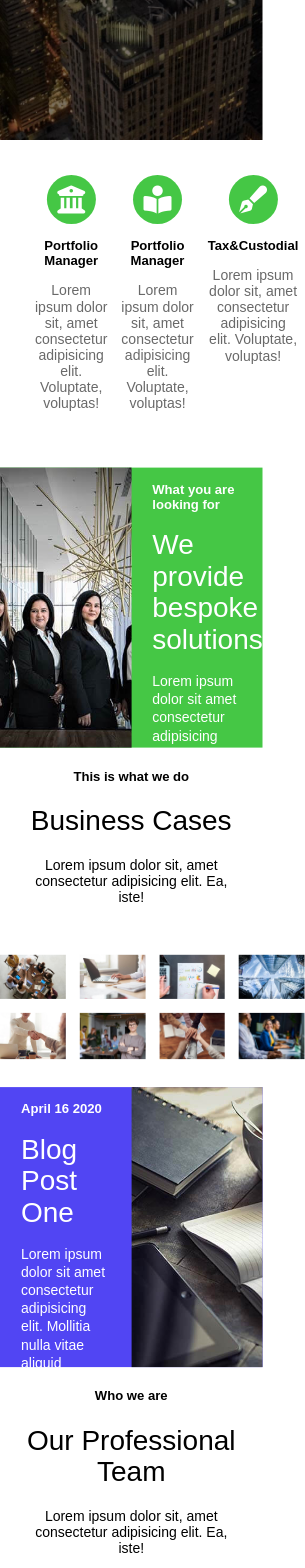
Repository: reemoon-ctrl/swiftdisk-Website-Flexbox
Page: index.html
The author's editor kept a copy of each file at every save. The page is drawn from the files as they stood at one save, then again after a run of saves.
The browser window is 375 px wide. The page is 435 px wide, so the pictures cover 435 px, including what lies to the right of the window. The pictures show the part of the page from y = 600 to 2840 px (the page is 3551 px tall before and 3916 px after), at 70% of full size.
Some web fonts or font styles are not loaded; a fallback is used.

Above is the page before, as saved 2024-07-28 10:04:25.

### index.html
<!DOCTYPE html>
<html lang="en">
<head>
    <meta charset="UTF-8">
    <meta name="viewport" content="width=device-width, initial-scale=1.0">
    <title>
        Swift Desk
    </title>
    <link rel="stylesheet" href="https://cdnjs.cloudflare.com/ajax/libs/pretendard-gov/1.3.9/variable/pretendardvariable-gov.css" integrity="sha512-8+hQBaMPOtCpDlrIo2m0mrtjxkbHDG7Qn6+ftvl8QmG21EGNQTP8Qi76h2VgHyol77soXLVZuuZDX953JC10hw==" crossorigin="anonymous" referrerpolicy="no-referrer" />
    <link rel="stylesheet" href="https://cdnjs.cloudflare.com/ajax/libs/font-awesome/6.0.0-beta3/css/all.min.css">

    <link rel="stylesheet" href="index.css">
    <link rel="stylesheet" href="media.css">
</head>
<body>
    <div class="show-case">
        <header>
            <div class="nav-bar">
                <div class="title-bar">
                    <i class="fas fa-desktop fa-2x" style="color: rgb(37, 187, 37)"></i>
                    <h1 class="title"><span class="fword"> Swift</span>Desk</h1>
                </div>
                <div class="link-bar">
                    <a href="index.html">Home</a>
                    <a href="#about">About</a>
                    <a href="#cases">Cases</a>
                    <a href="#blog">Blog</a>
                    <a href="#contact">Contact</a>
                </div>
            </div>
        </header>
        <header class="hd-content">
            <h1>The Sky Is The Limit</h1>
            <p>We provide world class financial assistance
            </p>
            <a href=""><i class="fas fa-chevron-right "></i> Read More</a>

        </header>

    </div>
    <main>
        <div class="about-section">
            <ul id="about"class="about-srvice" >
                <li><i class="fas fa-university " ></i>
                    <h3>Portfolio Manager</h3>
                    <p>Lorem ipsum dolor sit, amet consectetur
                         adipisicing elit. Voluptate, voluptas!</p>
                </li>
                <li><i class="fas fa-book-open-reader " ></i>
                    <h3>Portfolio Manager</h3>
                    <p>Lorem ipsum dolor sit, amet consectetur
                         adipisicing elit. Voluptate, voluptas!</p></li>
                <li><i class="fas fa-pen-fancy " ></i>
                    <h3>Tax&Custodial</h3>
                    <p>Lorem ipsum dolor sit, amet consectetur
                         adipisicing elit. Voluptate, voluptas!</p></li>
            </ul>
        </div>
        <div>
            <div class="solutions">
                <div class="img"></div>
                <div class="solution-content">
                    <h3>What you are looking for</h3>
                    <h2>We provide bespoke solutions</h2>
                    <p>Lorem ipsum dolor sit amet consectetur
                        adipisicing elit. Mollitia nulla vitae aliquid voluptates placeat! Rem voluptatibus odit error labore! Nostrum, fuga tenetur. Doloribus, voluptas! Sed
                        fugiat explicabo perspiciatis velit ad?</p>
                    <a href="index.html">Read More</a>
                 </div>
            </div>
        </div>
        <div class="Business-case" id="cases">
            <div class="Business-case-content">
                <h3>This is what we do</h3>
                <h2>Business Cases</h2>
                <p>Lorem ipsum dolor sit, amet consectetur
                     adipisicing elit. Ea, iste!</p>
            </div>
            <div class="BC-image">
                <img class="BCimg BCimg1" src="/img/cases/cases1.jpg" alt="">
                <img  class="BCimg BCimg2" src="/img/cases/cases2.jpg" alt="">
                <img class="BCimg BCimg3" src="/img/cases/cases3.jpg" alt="">
                <img class="BCimg BCimg4" src="/img/cases/cases4.jpg" alt="">
                <img class="BCimg BCimg5" src="/img/cases/cases5.jpg" alt="">
                <img class="BCimg BCimg6" src="/img/cases/cases6.jpg" alt="">
                <img class="BCimg BCimg7" src="/img/cases/cases7.jpg" alt="">
                <img class="BCimg BCimg8" src="/img/cases/cases8.jpg" alt="">
            </div>
        </div>

        <div>
            <div class="blog" id="blog">
                <div class="img"></div>
                <div class="blog-content">
                    <h3>April 16 2020</h3>
                    <h2>Blog Post One</h2>
                    <p>Lorem ipsum dolor sit amet consectetur
                        adipisicing elit. Mollitia nulla vitae aliquid voluptates placeat! Rem voluptatibus odit error labore! Nostrum, fuga tenetur. Doloribus, voluptas! Sed
                        fugiat explicabo perspiciatis velit ad?</p>
                    <a href="blog.html">Read Our Blog</a>
                 </div>
            </div>
        </div>
        <div class="Business-case">
            <div class="Business-case-content">
                <h3>Who we are</h3>
                <h2>Our Professional Team</h2>
                <p>Lorem ipsum dolor sit, amet consectetur
                     adipisicing elit. Ea, iste!</p>
            </div>
            <div class="our-team">
                <ul class="team-image">
                    <li><img  class="tmimg tm-img1" src="/img/team/person1.jpg" alt=""><h4>John Doe</h4><p>President</p></li>
                    <li><img  class="tmimg tm-img2" src="/img/team/person2.jpg" alt=""><h4>Jane Doe</h4><p>Vice President</p></li>
                    <li><img class="tmimg tm-img3" src="/img/team/person3.jpg" alt=""><h4>Steve Smith</h4><p>Marketing Head</p></li>
                </ul>
            </div>
        </div>
        <div>
            <div class="request" id="contact">
                <div class="img"></div>
                <div class="form-content">
                    <h2>Request Callback</h2>
                    <form class="requwst-form"action="">
                        <input type="text" name="name" id="name" placeholder="enter name">
                        <input type="email" name="Email" id="Email" placeholder="enter email">
                        <input type="tel" name="phone" id="phone" placeholder="enter  phone number">
                        <input type="submit" value="Send" id="submit">
                    </form>


                 </div>

            </div>
        </div>

    </main>
    <footer>
        <ul class="footer-icon">
            <li><a href=""><i class="fa-brands fa-facebook"></i></a></li>
            <li><a href=""><i class="fa-brands fa-twitter"></i></a></li>
            <li><a href=""><i class="fa-brands fa-linkedin"></i></a></li>
            <li><a href=""><i class="fa-brands fa-youtube"></i></a></li>
        </ul>
        <p>copyright &copy; 2020-SwiftDesk</p>
    </footer>



</body>
</html>

### index.css
@import url('https://fonts.googleapis.com/css2?family=Open+Sans:ital,wght@0,300..800;1,300..800&family=Poppins:ital,wght@0,100;0,200;0,300;0,400;0,500;0,600;0,700;0,800;0,900;1,100;1,200;1,300;1,400;1,500;1,600;1,700;1,800;1,900&display=swap');


*{
    box-sizing: border-box;
    margin: 0;
    padding: 0;
}

body{
    font-family: 'Open Sans ', sans-serif;
}
h1,h2{
    font-weight: 300;
}
.nav-bar{
    display: flex;
    justify-content:space-between ;
    padding: 20px 20px;
    color:#fff;
    background-color: #333333cd;
    position: fixed;
    top: 0px;
    height:70px;
    width:100vw;
}
.title-bar{
    align-items: center;
    flex-grow: 1;
    display: flex;
    gap:.5rem;


}
.title-bar h1{
    display:inline-block;
    font-size:2.5rem;
    font-weight: 400;
}

.link-bar{

    /* flex-grow:1 ; */
    align-self: center;
    display: flex;
}
.link-bar a{
    padding: 23.5px 20px;
    color:#fff;
    text-decoration: none;


}
.link-bar a:hover{
    border-bottom: 2px #25bb25 solid;
}
.fword{
    color:#25bb25;
}
.show-case{
   height:100vh;
   text-align: center;
   color:#fff;
   position: relative;
   background:  url('img/home/showcase.jpg') no-repeat center center/cover;
}
.show-case *{
    z-index: 10;
}
.show-case::before{
    content:'';
    position: absolute;
    background: hsla(0%, 0%, 0%, 0.5);
    left: 0;
    top:0;
    width: 100%;
    height:100%;
}
.hd-content{
    padding-top: 18rem;
}
.hd-content h1{
    font-size: 3rem;
}
.hd-content p{
    font-size: 1.5rem;
    padding-top: .8rem;
    padding-bottom: .8rem;
}
.hd-content a{
    color: #fff;
    background:#45c745 ;
    padding: 10px 30px;
    border-radius: 5px;
    text-decoration: none;
    text-align: center;
    display: inline-block;
}
.about-section ul{
    display: flex;
    list-style: none;
    gap: 20px;

}
.about-srvice{
    padding: 50px ;
}
.about-srvice li{
    text-align: center;
}
.about-srvice li i{
    background-color: rgb(69, 199, 69);
    color:#fff;
    width:70px;
    height: 70px;
    border-radius: 70px;
    font-size: 40px;
    padding-top:15px ;


}
.about-srvice li h3{
    padding-top: 20px;
}
.about-srvice li p{
    padding-top: 20px;
    padding-bottom: 30px;
    font-size: 20px;
    color: dimgrey;
}

.solutions{
    display:flex;
    background: #45c745;

}
.solutions .img{
    width:50%;
    background: url('/img/home/people.jpg') center center/cover no-repeat;

}
.solution-content{
    color:#fff;
    padding:20px 30px;
    height:25rem;
    width: 50%;
}
.solution-content h2{
    font-size: 40px;
    font-weight: 500;
    padding: 1.5rem 0px;
}
.solution-content p{
    font-size: 20px;
    line-height: 1.3;
    margin-bottom: 20px;
}
.solution-content a{
    padding: 10px 40px;
    border: 1px solid;
    color:#fff;
    text-decoration: none;
    border-radius: 5px;
    font-size: 18px;

}
.Business-case{
    width: 100vw;
}
.Business-case-content{
    text-align: center;
    padding-left: 30px;
    padding-right: 30px;
}
.Business-case-content h3{
    padding: 30px 0px;
}
.Business-case-content h2{
   padding-bottom: 30px;
    font-size: 40px;
    font-weight: 500;
}
.Business-case-content p{
    padding-bottom: 30px;
    font-size: 20px;
}
.BC-image{
    display: grid;
    grid-template-columns:25% 25% 25% 25%;
   gap: 20px;
   padding: 40px 0px;
}
.BCimg{
    width: 100%;
    height:100%;
    object-fit: cover;


}
.BCimg:hover{
    opacity: 0.7;
}
/* //////////////////////////////////// */
.blog{
    display:flex;
    background: #5145f3;
    flex-direction: row-reverse;

}
.img{
    width:50%;
    background: url('/img/home/blog.jpg') center center/cover no-repeat;

}
.blog-content{
    color:#fff;
    padding:20px 30px;
}
.blog-content{
    height:25rem;
    width: 50%;
}
.blog-content h2{
    font-size: 40px;
    font-weight: 500;
    padding: 1.5rem 0px;
}
.blog-content p{
    font-size: 20px;
    line-height: 1.3;
    margin-bottom: 20px;
}
.blog-content a{
    padding: 10px 40px;
    border: 1px solid;
    color:#fff;
    text-decoration: none;
    border-radius: 5px;
    font-size: 18px;

}
.our-team{
    padding-bottom: 40px;
}
.team-image{
    display: flex;
    justify-content: space-around;
    width: 100vw;
    list-style: none;
    text-align: center;

}
.team-image li h4{
    padding: 15px;
}
.tmimg{
    width: 90%;
    height:70%;
    border-radius: 70%;

}
.request{
    display: flex;
    background-color: #f4f4f4;
}
.request .img{
    background: url(/img/home/contact.jpg);
}
.form-content{
    color:#333;
    padding:20px 30px;
    height:25rem;
    width: 50%;
}
.form-content h2{
    color:#333;
    font-size: 40px;
    font-weight: 500;
    padding: 1.5rem 0px;
    font-weight:lighter;
}
.requwst-form{
    display: flex;
    flex-direction: column;
    gap :20px;

}
.requwst-form input{
border: #ddd;
color: #333;
font-size: 15px;
padding: 10px;
}
.requwst-form input:focus{
    outline-color:#25bb25 ;
}
.requwst-form input[type=submit]{
    background: #25bb25;
    color:#fff;
    cursor: pointer;
    border-radius: 5px;


}
.requwst-form input[type=submit]:hover{
    background-color: #6de66d;

}
footer{
    background: #333;
    padding: 20px ;
}
.footer-icon{
    display: flex;
    align-items: center;
    justify-content: center;
    gap:25px;
}
.footer-icon li{
    list-style: none;
}
.footer-icon li a{
    color: #fff;
    font-size: 30px;
}
.footer-icon li a:hover{
    color: #45c745;
}

footer p{
    text-align: center;
    color: #fff;
    padding-top: 20px;

}
/* //////////blog page//////////////// */
#blog-case{
    height:fit-content;
    text-align: center;
    color:#fff;
    background:  url('img/home/blog.jpg') no-repeat center center/cover ;
 }
.blog-h1{
    font-size: 70px;
    font-weight: 400;
    padding-bottom: 50px;

 }
 .blog-light{
    display:flex;
    background: #fff;
    flex-direction: row-reverse;

}
.img-light{
    width:50%;
    background: url('/img/blog/blog1.jpg') center center/cover no-repeat;

}
.blog-content-light{
    color:#333;
    padding:20px 30px;
    height:25rem;
    width: 50%;
}
.blog-content-light h2{
    font-size: 40px;
    font-weight: 500;
    padding: .4rem 0px;
}
.blog-content-light h3{
    padding-bottom: 1.7rem;
}
.blog-content-light p{
    font-size: 20px;
    line-height: 1.3;
    margin-bottom: 20px;
}
.blog-content-light a{
    padding: 10px 30px;
    border: 1px solid;
    color:#fff;
    background-color: #333;
    text-decoration: none;
    border-radius: 5px;
    font-size: 18px;

}
.blog-dark{
    display:flex;
    background: #333;
    flex-direction: row-reverse;

}
.img-dark{
    width:50%;
    background: url('/img/blog/blog2.jpg') center center/cover no-repeat;

}
.blog-content-dark{
    color:#fff;
    padding:20px 30px;
    height:25rem;
    width: 50%;
}
.blog-content-dark h2{
    font-size: 40px;
    font-weight: 500;
    padding: .4rem 0px;
}
.blog-content-dark h3{
    padding-bottom: 1.7rem;
    font-weight:normal;
}
.blog-content-dark p{
    font-size: 20px;
    line-height: 1.3;
    margin-bottom: 20px;
}
.blog-content-dark a{
    padding: 10px 30px;
    border: 1px solid;
    color:#333;
    background-color: #fff;
    text-decoration: none;
    border-radius: 5px;
    font-size: 18px;

}
.last-blog .img-light{
    width:50%;
    background: url('/img/blog/blog3.jpg') center center/cover no-repeat;

}
.author{
    font-weight: 700;
}

### media.css
@media screen and (max-width:500px){
    .nav-bar{
        flex-direction: column;
        height:140px;
        justify-content: center;
        align-items: center;

    }
    .hd-content{
        padding-top: 15rem;
    }
    .hd-content h1{
        font-size: 1.5rem;
    }
    .hd-content p{
        font-size: .7rem;
        padding-top: .8rem;
        padding-bottom: .8rem;
    }
    .about-section ul

}

After the next 3 saves:
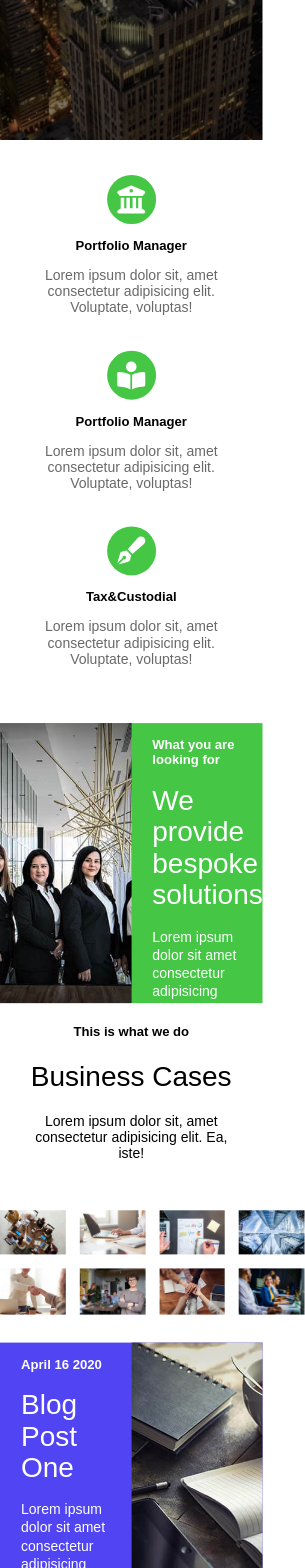
The 3 saves are shown as one change because they came seconds apart.
The last was saved 8 s later.
--- a/media.css
+++ b/media.css
@@ -17,6 +17,8 @@
         padding-top: .8rem;
         padding-bottom: .8rem;
     }
-    .about-section ul
+    .about-section ul{
+        flex-direction: column;
+    }
 
 }
